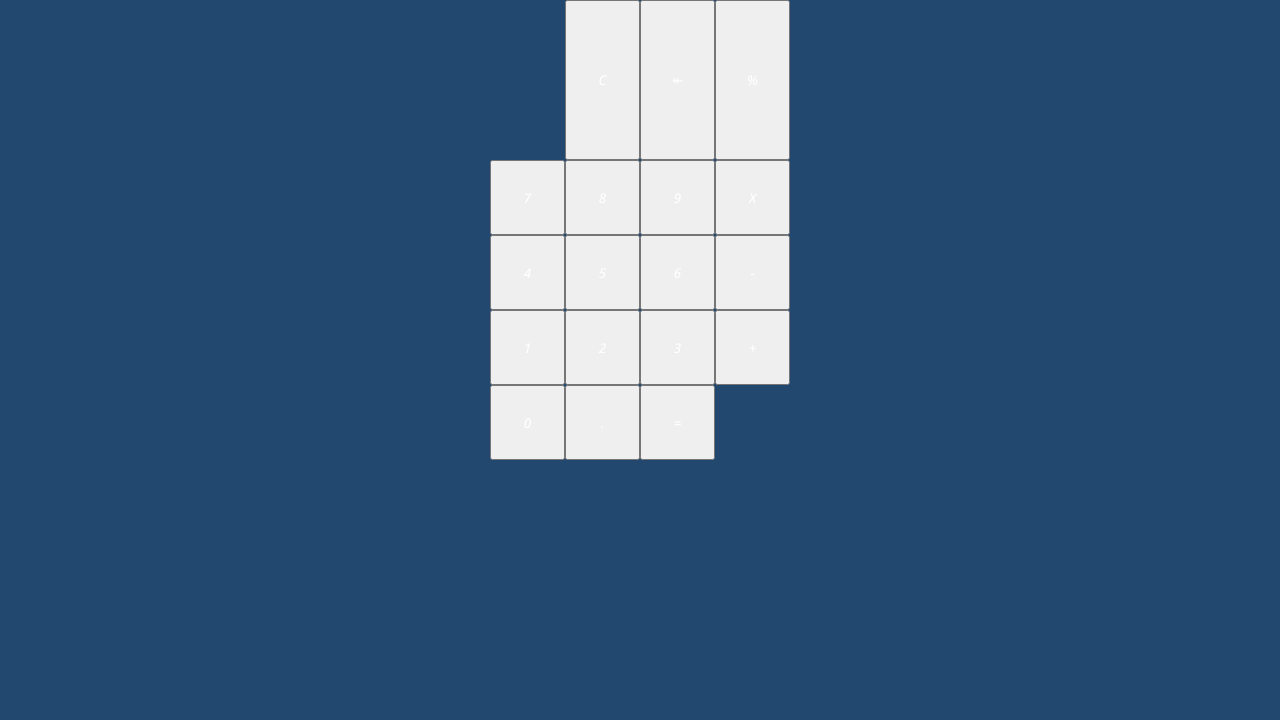
Repository: jhonenmanuel1/javaScript-calculator
Page: src/index.html
These files come from the project's save history. The page is drawn as it stood at one moment and after the next save; the edit follows.
The browser window is 1280 px wide. The pictures show the whole page.

Above is the page before, as saved 2022-08-02 23:09:38.

### src/index.html
<!DOCTYPE html>
<html lang="en">
  <head>
    <meta charset="UTF-8" />
    <meta http-equiv="X-UA-Compatible" content="IE=edge" />
    <meta name="viewport" content="width=device-width, initial-scale=1.0" />
    <title>JavaScript Calculator</title>
    <link href="https://fonts.googleapis.com/css2?family=Open+Sans:ital,wght@1,500&display=swap" rel="stylesheet">
    <link href="styles.css" rel="stylesheet"/>
  </head>
  <body>
    <div class="container">
      <div class="calculator">
        <div class="display">
          <div id="last-value"></div>
          <div id="actual-value"></div>
        </div>
        <button class="col-2"> C</button>
        <button>&Larr;</button>
        <button class="number">%</button>
        <button class="number">7</button>
        <button class="number">8</button>
        <button class="number">9</button>
        <button class="operator" >X</button>
        <button class="number">4</button>
        <button class="number">5</button>
        <button class="number">6</button>
        <button class="operator">-</button>
        <button class="number">1</button>
        <button class="number">2</button>
        <button class="number">3</button>
        <button class="operator">+</button>
        <button class=" col-2 number">0</button>
        <button class="number">.</button>
        <button class="operator">=</button>
      </div>
    </div>
  </body>
</html>

### src/styles.css
* {
    font-family: 'Open Sans', sans-serif;
    color: #fff;
}
body{
    margin: 0;
    background-color: #224870;
}
.container{
    display: flex;
    justify-content: center;
    height: 100vh;

}
.calculator{
    display: grid;
    grid-template-columns: repeat(4, 75px);
    grid-template-rows: 160px repeat(5, 75px);

}

After the next save:
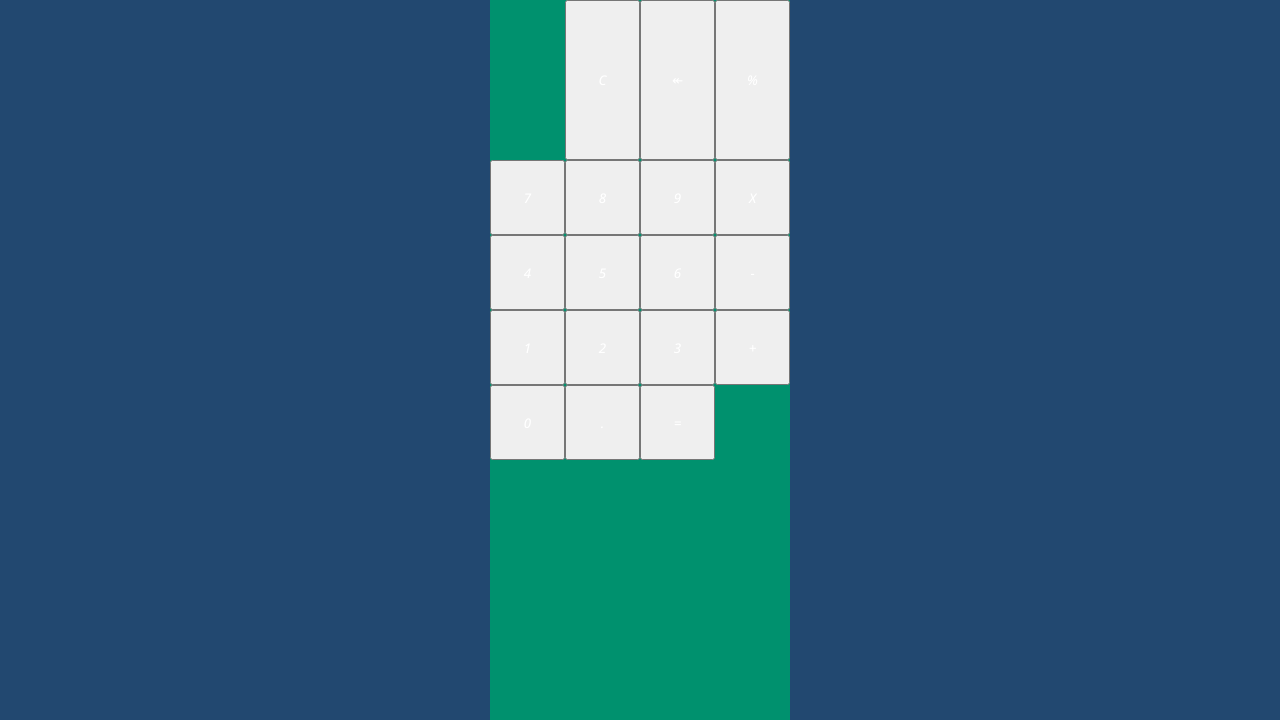
Saved 51 s later.
--- a/src/styles.css
+++ b/src/styles.css
@@ -16,5 +16,6 @@ body{
     display: grid;
     grid-template-columns: repeat(4, 75px);
     grid-template-rows: 160px repeat(5, 75px);
+    background-color: #00916e};
 
 }
